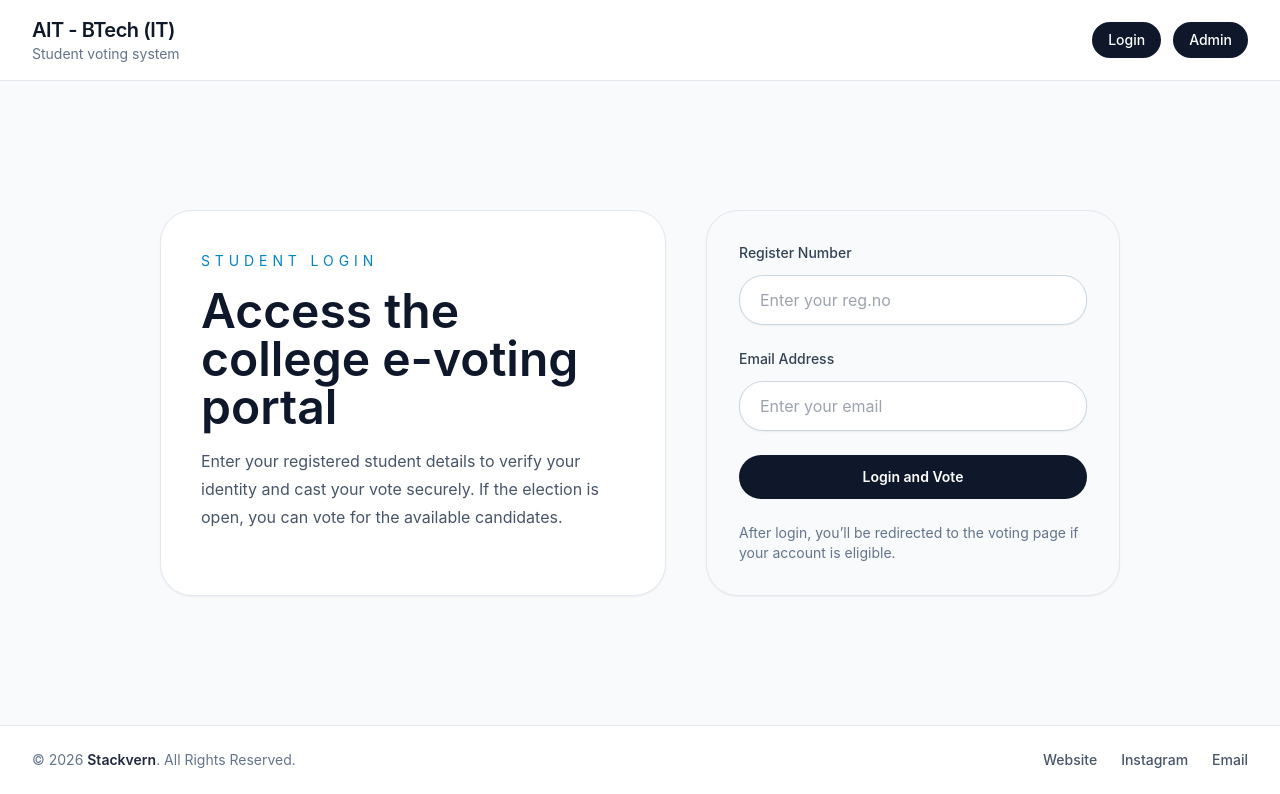
Repository: stackvern/college-evoting
Page: / (app in client/)
These files come from the project's save history. The page is drawn as it stood at one moment and after the next save; the edit follows.
The browser window is 1280 px wide. The pictures show the whole page.
The project was rebuilt for these pictures with package versions that can differ from the ones it lists, and the page was loaded fresh each time. Also part of the build but not shown: client/vite.config.js, client/src/components/ProtectedRoute.jsx, client/src/components/AdminProtectedRoute.jsx, client/src/pages/VotePage.jsx, client/src/pages/ResultPage.jsx, client/src/pages/AdminLoginPage.jsx, client/src/pages/AdminDashboard.jsx.

Above is the page before, as saved 2026-07-19 18:45:45.

After the next save:
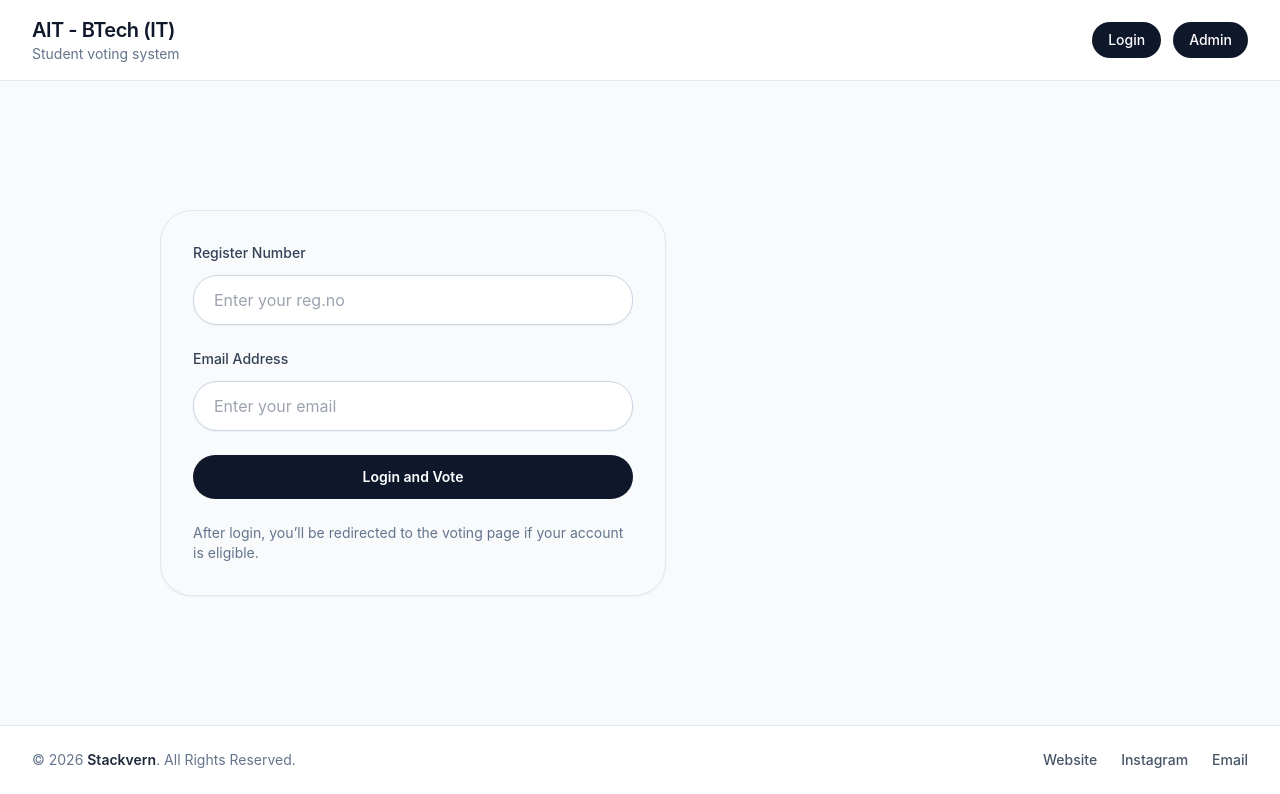
Saved 55 s later.
--- a/client/src/pages/LoginPage.jsx
+++ b/client/src/pages/LoginPage.jsx
@@ -43,13 +43,7 @@
   return (
     <div className="mx-auto flex min-h-[calc(100vh-140px)] max-w-5xl flex-col justify-center px-4 py-10 sm:px-6 lg:px-8">
       <div className="grid gap-10 xl:grid-cols-[1.1fr_0.9fr]">
-        <section className="rounded-[32px] border border-slate-200 bg-white p-10 shadow-sm">
-          <div className="space-y-4">
-            <p className="text-sm uppercase tracking-[0.35em] text-sky-600">Student login</p>
-            <h1 className="text-4xl font-semibold text-slate-900 sm:text-5xl">Access the college e-voting portal</h1>
-            <p className="max-w-2xl text-base leading-7 text-slate-600">Enter your registered student details to verify your identity and cast your vote securely. If the election is open, you can vote for the available candidates.</p>
-          </div>
-        </section>
+
 
         <form onSubmit={handleSubmit} className="rounded-[32px] border border-slate-200 bg-slate-50 p-8 shadow-sm">
           <div className="space-y-6">

After the save that followed:
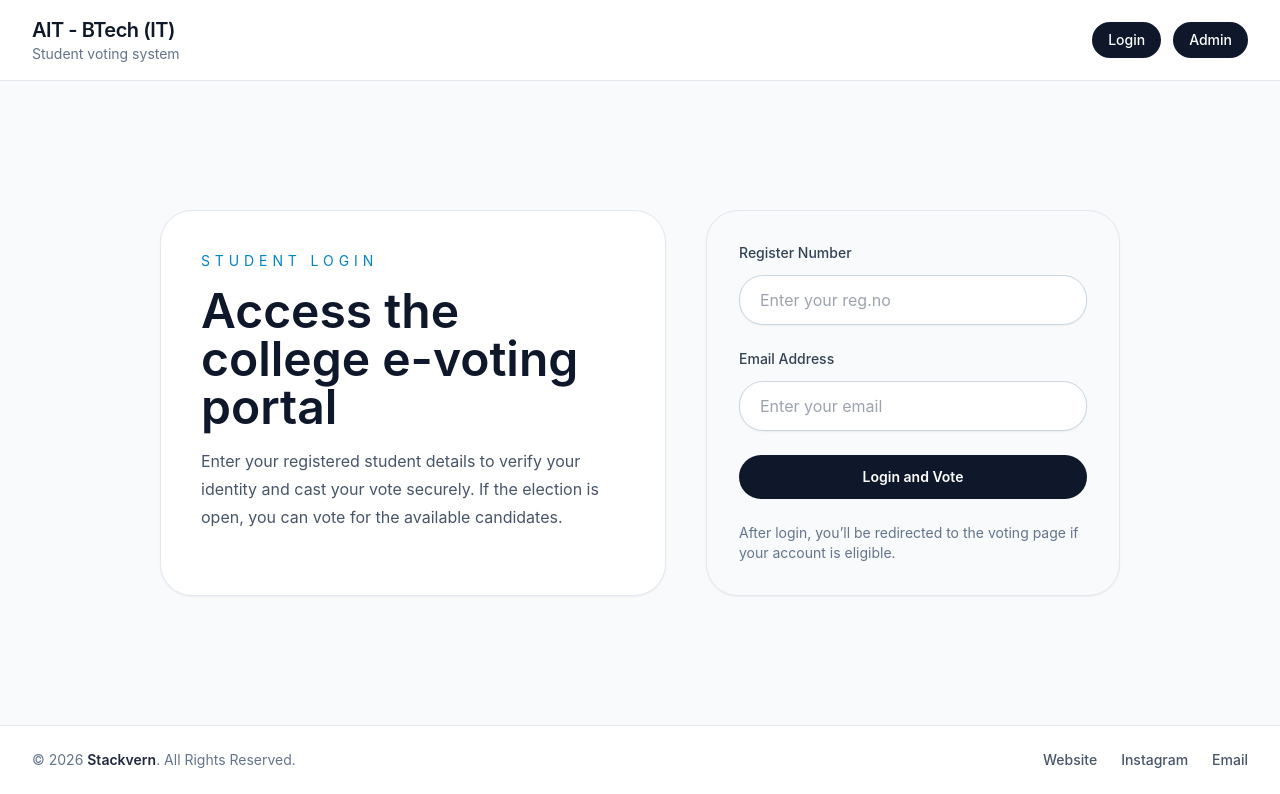
Saved 77 s later.
--- a/client/src/pages/LoginPage.jsx
+++ b/client/src/pages/LoginPage.jsx
@@ -43,7 +43,13 @@
   return (
     <div className="mx-auto flex min-h-[calc(100vh-140px)] max-w-5xl flex-col justify-center px-4 py-10 sm:px-6 lg:px-8">
       <div className="grid gap-10 xl:grid-cols-[1.1fr_0.9fr]">
-
+        <section className="rounded-[32px] border border-slate-200 bg-white p-10 shadow-sm">
+          <div className="space-y-4">
+            <p className="text-sm uppercase tracking-[0.35em] text-sky-600">Student login</p>
+            <h1 className="text-4xl font-semibold text-slate-900 sm:text-5xl">Access the college e-voting portal</h1>
+            <p className="max-w-2xl text-base leading-7 text-slate-600">Enter your registered student details to verify your identity and cast your vote securely. If the election is open, you can vote for the available candidates.</p>
+          </div>
+        </section>
 
         <form onSubmit={handleSubmit} className="rounded-[32px] border border-slate-200 bg-slate-50 p-8 shadow-sm">
           <div className="space-y-6">
